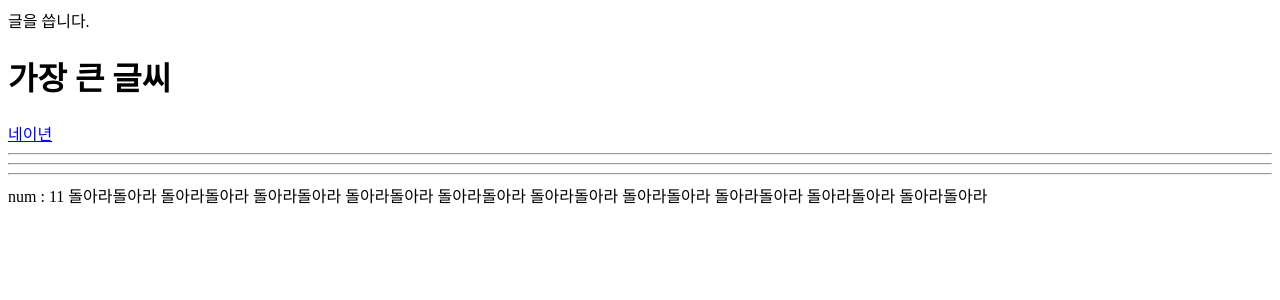
Repository: popll1/Pleiades
Page: http://localhost/jun261/
An editor plug-in stored every save of this project. The page is shown before and after the next save, followed by the edit.
The browser window is 1280 px wide. The pictures show the whole page.
The page is served by Tomcat 9.

Above is the page before, as saved 2023-06-26 05:27:40.

### jun261/src/main/webapp/index.jsp
<%@ page language="java" contentType="text/html; charset=utf-8"
	pageEncoding="UTF-8"%>
<!DOCTYPE html>
<html>
<head>
<meta charset="메타몽">
<title>네이년 : 이년의 검색</title>
</head>
<body>
	글을 씁니다.
	<br>
	<h1>가장 큰 글씨</h1>
	<a href="https://www.naver.com">네이년</a>
	<%
	//여기는 자바입니다.
	int num = 10;
	num += 1;
	%>
	<hr><hr><hr>
	num : <%=num%>

	<%
	for(int i = 0 ; i < 10; i++){
%>
      돌아라돌아라
<%
}
%>

</body>
</html>

After the next save:
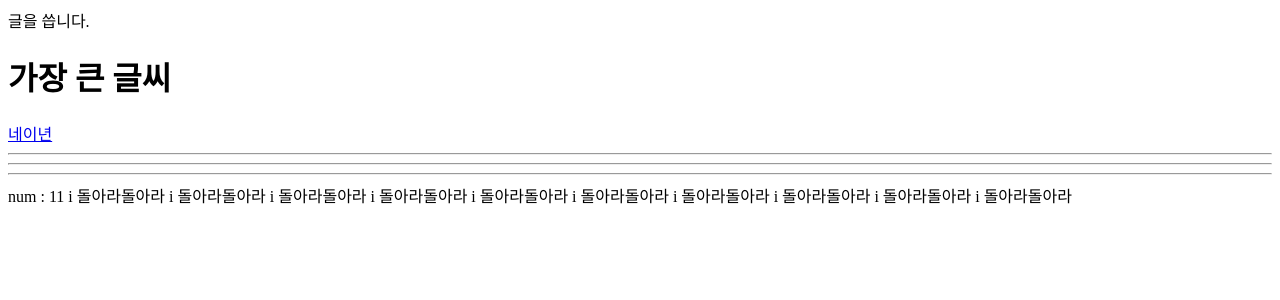
Saved 10 s later.
--- a/jun261/src/main/webapp/index.jsp
+++ b/jun261/src/main/webapp/index.jsp
@@ -22,7 +22,7 @@
 	<%
 	for(int i = 0 ; i < 10; i++){
 %>
-      돌아라돌아라
+      i 돌아라돌아라
 <%
 }
 %>
